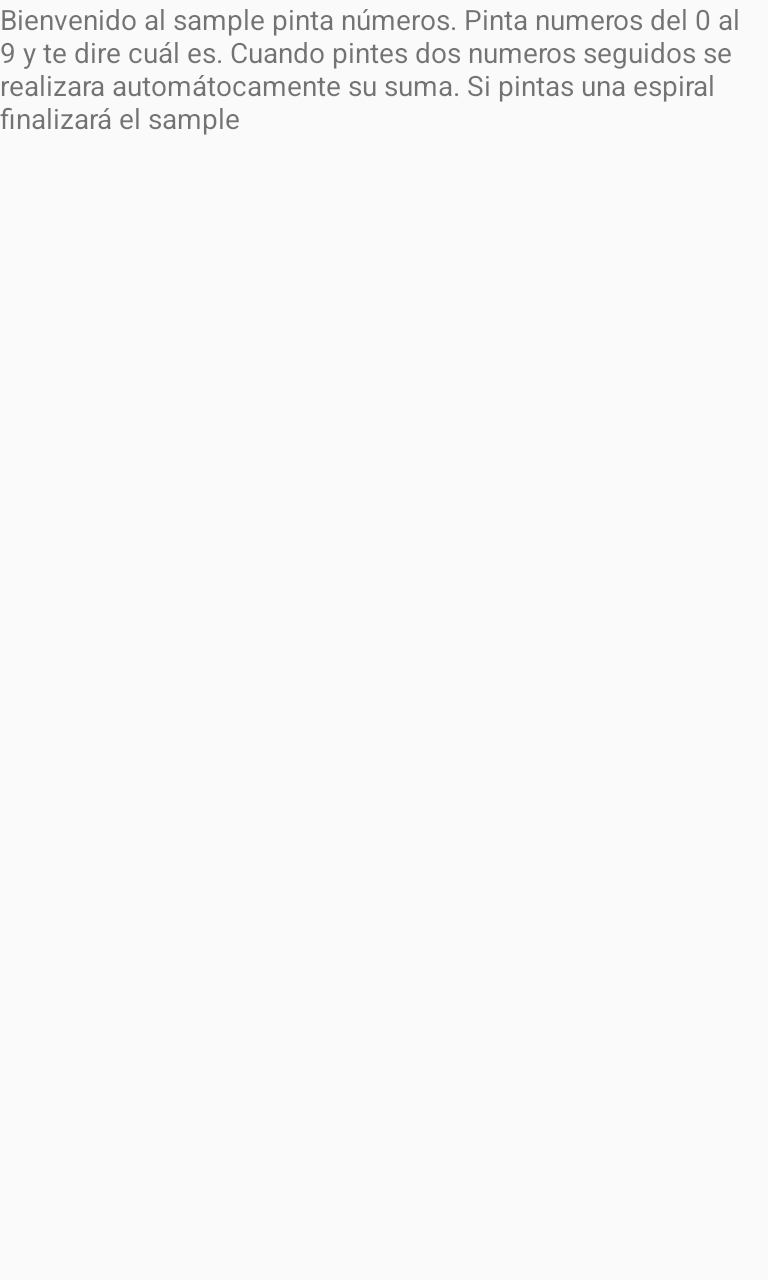
Repository: Jick9536/NPI-P3
Layout: Gesto2/res/layout/activity_main_activity2.xml
The author's editor kept a copy of each file at every save. The layout is drawn from the files as they stood at one save, then again after the next save.
It is drawn on a 768 x 1280 px phone screen (xhdpi) without system bars, with theme AppTheme; the app's code is not run.

Above is the layout before, as saved 2015-01-03 19:33:52.

After the next save:
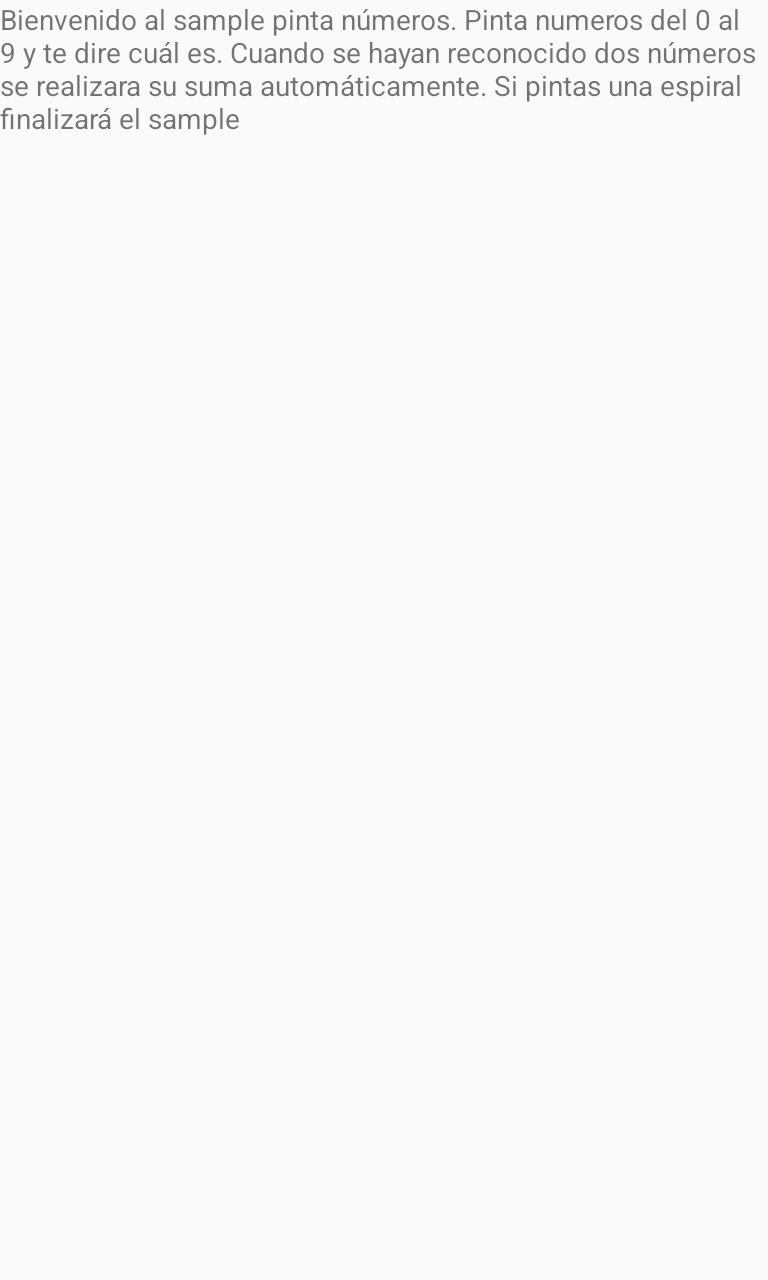
Saved 8 min 17 s later.
--- a/Gesto2/res/values/strings.xml
+++ b/Gesto2/res/values/strings.xml
@@ -4,7 +4,7 @@
     <string name="app_name">Gesto2</string>
     <string name="info">Bienvenido al sample pinta números.
         Pinta numeros del 0 al 9 y te dire cuál es.
-        Cuando pintes dos numeros seguidos se realizara automátocamente su suma.
+        Cuando se hayan reconocido dos números se realizara su suma automáticamente.
         Si pintas una espiral finalizará el sample</string>
 
 </resources>
